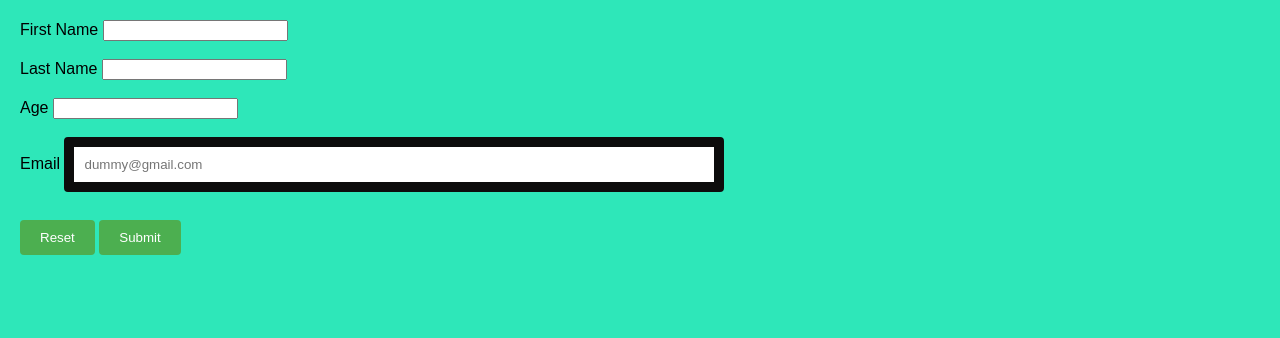
Repository: Haakim19/web-dev
Page: form.html
An editor plug-in stored every save of this project. The page is shown before and after the next save, followed by the edit.
The browser window is 1280 px wide. The pictures show the whole page.

Above is the page before, as saved 2024-06-02 16:15:31.

### form.html
<!DOCTYPE html>
<html lang="en">
<head>
    <meta charset="UTF-8">
    <meta name="viewport" content="width=device-width, initial-scale=1.0">
    <link rel="stylesheet" type = "text/css" href = "form.css">
    <title>Form</title>
</head>
<body>
    <form action="form.php" method = "POST">
       <div>
            <label for="fname">First Name</label>
            <input type="name" name = "fname" id = "fname" required>
       </div>

       <br>

        <div>
            <label for="lname">Last Name</label>
            <input type="text" name = "lname" id = "lname" required>

        </div>

        <br>

        <div>
            <label for="age">Age</label>
            <input type="number" name = "age" id = "age" min="0">

        </div>

        <br>

        <div>
            <label for="email">Email</label>
            <input type="email" name = "email" id = "email" required placeholder="dummy@gmail.com">

        </div>


        <br>

        <input type="reset" value = "Reset">
        <input type="submit" value = "Submit">

    </form>
</body>
</html>

### form.css
body {
    font-family: Arial, Helvetica, sans-serif, sans-serif;
    background-color: #2ee7b9;
    margin: 10px;
    padding: 10px;
}
/* Reset default form styles */
form {
    margin: 0;
    padding: 0;

}

/* Style form elements */
input[type="fname"],
input[type="lname"],
input[type="email"],
input[type="age"],
textarea {

    width: 50%;
    padding: 10px;
    margin-bottom: 10px;
    border: 10px solid #0d0c0c;
    border-radius: 4px;
}

input[type="submit"] {
    background-color: #4CAF50;
    color: white;
    padding: 10px 20px;
    border: none;
    border-radius: 4px;
    cursor: pointer;
}

input[type="submit"]:hover {
    background-color: #f7f7f7;
}
input[type = "reset"] {
    background-color: #4CAF50;
    color: white;
    padding: 10px 20px;
    border: none;
    border-radius: 4px;
    cursor: pointer;
}

input [type = "reset"]:hover {
    background-color: #f9f9f9;
}

After the next save:
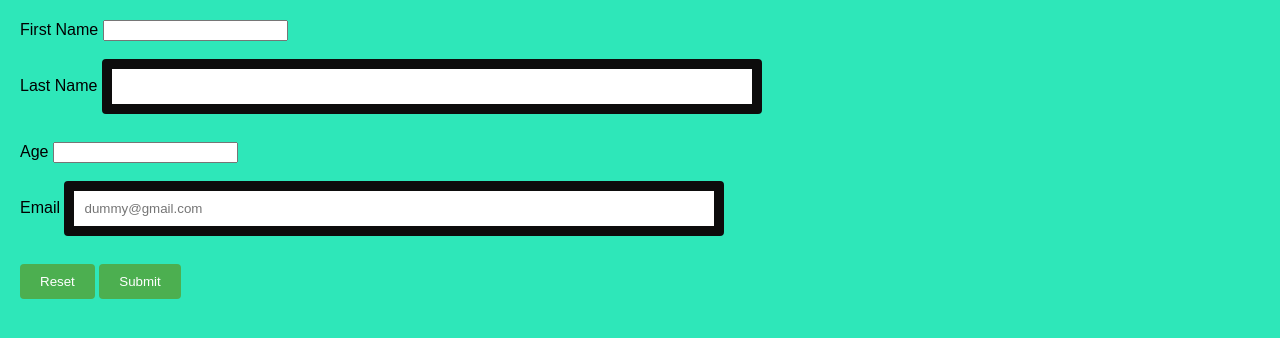
Saved 36 s later.
--- a/form.html
+++ b/form.html
@@ -17,7 +17,7 @@
 
         <div>
             <label for="lname">Last Name</label>
-            <input type="text" name = "lname" id = "lname" required>
+            <input type="lname" name = "lname" id = "lname" required>
 
         </div>
 
